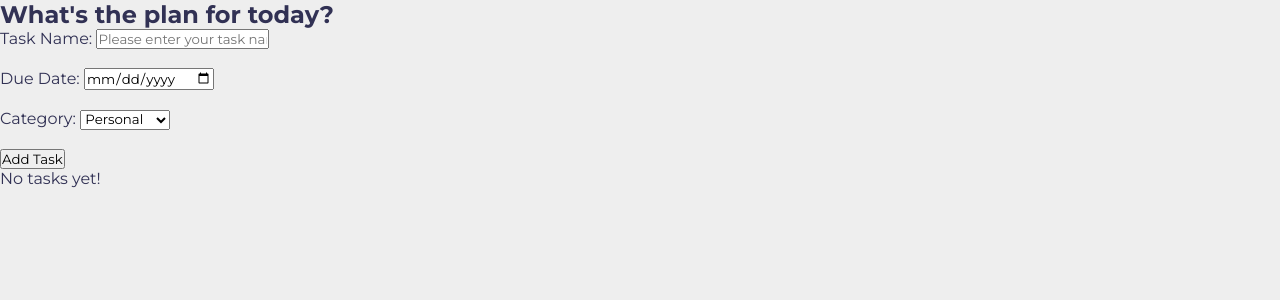
Repository: comp426-2023-spring/a99-SnowPile
Page: http://localhost/
These files come from the project's save history. The page is drawn as it stood at one moment and after the next save; the edit follows.
The browser window is 1280 px wide. The pictures show the whole page.
Some web fonts or font styles are not loaded; a fallback is used. The page is served by the project's Node server (app.js).

Above is the page before, as saved 2023-04-15 21:09:27.

### frontend/views/index.ejs
<!DOCTYPE html>
<html>
  <head>
    <title>Todo List</title>
    <!-- CSS import -->
    <link rel="stylesheet" type="text/css" href="/style.css"/>

    <!-- Set font -->
    <link rel="preconnect" href="https://fonts.googleapis.com">
    <link rel="preconnect" href="https://fonts.gstatic.com" crossorigin>
    <link href="https://fonts.googleapis.com/css2?family=Fira+Sans:ital,wght@0,400;0,700;0,900;1,400&family=Montserrat:ital,wght@0,400;0,700;0,900;1,400&display=swap" rel="stylesheet">
  </head>
  <body>
    <!-- Greeting -->
    <section class="greeting">
      <h2>What's the plan for today?</h2>
    </section>


    <!-- New Todo -->
    <section class="create-todo"></section>
    <form action="/addTask" method="POST">
      <div class="add-1"></div>
      <label for="taskName">Task Name:</label>
      <input type="text" placeholder="Please enter your task name" id="taskName" name="taskName" required><br><br>

      <label for="dueDate">Due Date:</label>
      <input type="date" id="dueDate" name="dueDate" required><br><br>

      <label for="category">Category:</label>
      <select id="category" name="category">
        <option value="Personal">Personal</option>
        <option value="Academic">Academic</option>
        <option value="Work">Work</option>
      </select><br><br>

      <input type="submit" value="Add Task">
    </form>
  </section>

    <% if (tasks.length === 0) { %>
      <p>No tasks yet!</p>
    <% } else { %>
      <table>
        <tr>
          <th>Task Name</th>
          <th>Due Date</th>
          <th>Category</th>
          <th>Edit</th>
        </tr>
        <% for (let i = 0; i < tasks.length; i++) { %>
          <tr>
            <td><%= tasks[i].name %></td>
            <td><%= tasks[i].due %></td>
            <td><%= tasks[i].category %></td>
            <td>
              <form action="/editTask/<%= i %>" method="POST">
                <input type="text" name="taskName" value="<%= tasks[i].name %>" required>
                <input type="date" name="dueDate" value="<%= tasks[i].due %>" required>
                <input type="submit" value="Edit">
              </form>
            </td>
          </tr>
        <% } %>
      </table>
    <% } %>
  </body>
</html>

### frontend/app.js
const express = require('express');
const bodyParser = require('body-parser');
const app = express();
const port = 3000;

// set up body-parser middleware
app.use(bodyParser.urlencoded({ extended: false }));

// set up view engine
app.set('view engine', 'ejs');

// set up static folder
app.use(express.static('public'));

// initialize tasks array
let tasks = [];

// render index page with tasks array
app.get('/', (req, res) => {
  res.render('index', { tasks: tasks });
});

// create new task and add to tasks array
app.post('/addTask', (req, res) => {
  const taskName = req.body.taskName;
  const dueDate = req.body.dueDate;
  const category = req.body.category;

  const newTask = {
    name: taskName,
    due: dueDate,
    category: category,
  };

  tasks.push(newTask);
  res.redirect('/');
});

// edit existing task
app.post('/editTask/:id', (req, res) => {
  const id = req.params.id;
  const taskName = req.body.taskName;
  const dueDate = req.body.dueDate;

  tasks[id].name = taskName;
  tasks[id].due = dueDate;

  res.redirect('/');
});

// start server
app.listen(port, () => {
  console.log(`App listening at http://localhost:${port}`);
});

### frontend/public/style.css
* {
	margin: 0;
	padding: 0;
	box-sizing: border-box;
	font-family: 'montserrat', sans-serif;
}

body {
	background: #EEE;
	color: #313154;

}
h2{
    color: #313154;
}

After the next save:
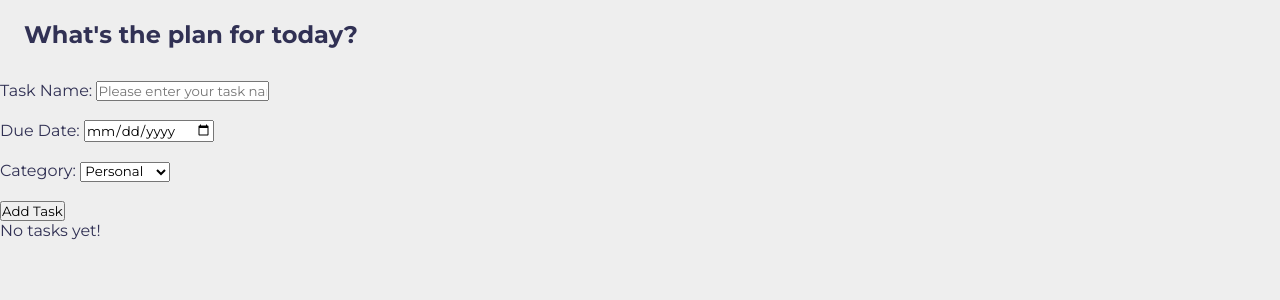
Saved 49 s later.
--- a/frontend/public/style.css
+++ b/frontend/public/style.css
@@ -10,6 +10,13 @@ body {
 	color: #313154;
 
 }
+section {
+	margin-top: 20px;
+	margin-bottom: 2rem;
+	padding-left: 1.5rem;
+	padding-right: 1.5rem;
+}
+
 h2{
     color: #313154;
 }
